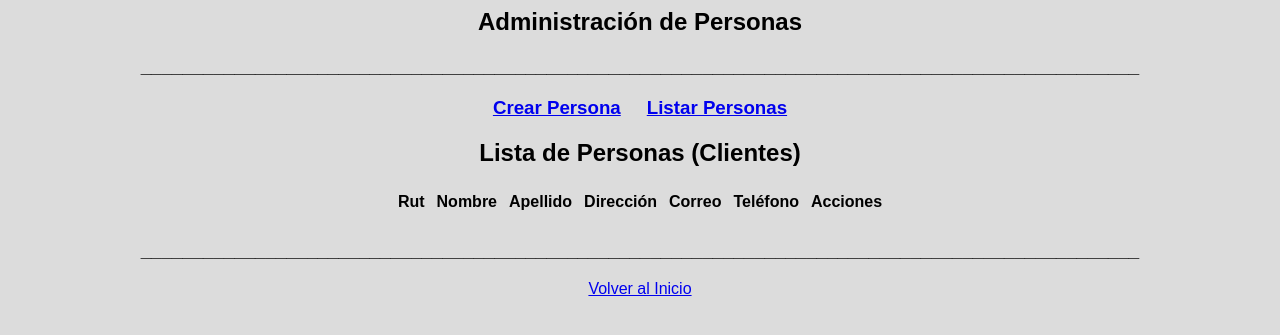
Repository: miguelalvarezcl/examen
Page: http://localhost/CtaCorriente/listPersonabd
The author's editor kept a copy of each file at every save. The page is drawn from the files as they stood at one save, then again after the next save.
The browser window is 1280 px wide. The pictures show the whole page.
The page is served by Tomcat 9. Other server files are loaded and not shown. Queries for data that is not in the repository find no rows.

Above is the page before, as saved 2021-11-13 21:56:30.

### CtaCorriente/WebContent/ListaPersonas.jsp
<%@ page language="java" contentType="text/html; charset=UTF-8"
    pageEncoding="UTF-8"%>
<%@ taglib uri="http://java.sun.com/jsp/jstl/core" prefix="c" %>
<html>
<head>
    <title>:::... Banco Platinum ...:::</title>
</head>
<body>
    <center>
        <h2>Administración de Personas</h2>
        		<h3>________________________________________________________________________________________________</h3>
        <h3>
            <a href="/CtaCorriente/newpersona">Crear Persona</a>
            &nbsp;&nbsp;&nbsp;
            <a href="/CtaCorriente/listPersonabd">Listar Personas</a>

        </h3>
    </center>
    <div align="center">
        <table border="0" cellpadding="5">
            <h2>Lista de Personas (Clientes)</h2>
            <tr>
                <th>Rut</th>
                <th>Nombre</th>
                <th>Apellido</th>
                <th>Dirección</th>
                <th>Correo</th>
                <th>Teléfono</th>
                <th>Acciones</th>

            </tr>
            <c:forEach var="personabd" items="${listPersonabd}">
                <tr>
                    <td><c:out value="${personabd.rut}" /></td>
                    <td><c:out value="${personabd.nombre}" /></td>
                    <td><c:out value="${personabd.apellido}" /></td>
                    <td><c:out value="${personabd.direccion}" /></td>
                    <td><c:out value="${personabd.correo}" /></td>
                    <td><c:out value="${personabd.telefono}" /></td>

                    <td>
                        <a href="/CtaCorriente/editpersona?rut=<c:out value='${personabd.rut}' />">Edit</a>
                        &nbsp;&nbsp;&nbsp;&nbsp;
                        <a href="/CtaCorriente/deletepersona?rut=<c:out value='${personabd.rut}' />">Delete</a>
                    </td>
                </tr>
            </c:forEach>
        </table>
    </div>
        <center>
            <h4>
            <h3>________________________________________________________________________________________________</h3>
            <a href="/CtaCorriente/home.jsp">Volver al Inicio</a>
            </h4>
        </center>
</body>
</html>

<style>
body{
	font-family: arial, helvetica;
	background: #DCDCDC;
}
</style>

### CtaCorriente/src/com/platinum/ControllerServlet.java
package com.platinum;

import java.io.IOException;
import java.sql.SQLException;
import java.util.List;

import javax.servlet.RequestDispatcher;
import javax.servlet.ServletException;
import javax.servlet.http.HttpServlet;
import javax.servlet.http.HttpServletRequest;
import javax.servlet.http.HttpServletResponse;


public class ControllerServlet extends HttpServlet {
    private static final long serialVersionUID = 1L;
    private UsuariobdDAO usuariobdDAO;
    private PersonabdDAO personabdDAO;
    private CuentabdDAO cuentabdDAO;
    private TransferenciaDAO transferenciaDAO;

    public void init() {
        String jdbcURL = getServletContext().getInitParameter("jdbcURL");
        String jdbcUsername = getServletContext().getInitParameter("jdbcUsername");
        String jdbcPassword = getServletContext().getInitParameter("jdbcPassword");

        usuariobdDAO = new UsuariobdDAO(jdbcURL, jdbcUsername, jdbcPassword);
        personabdDAO = new PersonabdDAO(jdbcURL, jdbcUsername, jdbcPassword);
        cuentabdDAO = new CuentabdDAO(jdbcURL, jdbcUsername, jdbcPassword);
        transferenciaDAO = new TransferenciaDAO(jdbcURL, jdbcUsername, jdbcPassword);

    }

    protected void doPost(HttpServletRequest request, HttpServletResponse response)
            throws ServletException, IOException {
        doGet(request, response);
    }

    protected void doGet(HttpServletRequest request, HttpServletResponse response)
            throws ServletException, IOException {
        String action = request.getServletPath();

        try {
            switch (action) {
            case "/new":
                showNewForm(request, response);
                break;
            case "/newpersona":
                showNewFormPersona(request, response);
                break;

            case "/newcuenta":
                showNewFormCuenta(request, response);
                break;

            case "/newtransferencia":
                showNewFormTransferencia(request, response);
                break;

            case "/insert":
                insertUsuariobd(request, response);
                break;

            case "/insertpersona":
                insertPersonabd(request, response);
                break;

            case "/insertcuenta":
                insertCuentabd(request, response);
                break;

            case "/inserttransferencia":
                insertTransferencia(request, response);
                break;
            case "/deletecuenta":
                deleteCuentabd(request, response);
                break;

            case "/deletepersona":
                deletePersonabd(request, response);
                break;
            case "/delete":
                deleteUsuariobd(request, response);
                break;
            case "/editpersona":
                showEditFormPersona(request, response);
                break;

            case "/editcuenta":
                showEditFormCuenta(request, response);
                break;

            case "/edit":
                showEditForm(request, response);
                break;
            case "/update":
                updateUsuariobd(request, response);
                break;
            case "/updatepersona":
                updatePersonabd(request, response);
                break;

            case "/updatecuenta":
                updateCuentabd(request, response);
                break;


            case "/listPersonabd":
            	listPersonabd(request, response);
                break;

            case "/listCuentabd":
            	//System.out.println("1");
            	listCuentabd(request, response);
                break;
            case "/listTransferencia":
            	listTransferencia(request, response);
                break;
            default:
                listUsuariobd(request, response);
                break;
            }
        } catch (SQLException ex) {
            throw new ServletException(ex);
        }
    }



    private void listTransferencia(HttpServletRequest request, HttpServletResponse response)
            throws SQLException, IOException, ServletException {


        List<Transferencia> listTransferencia = transferenciaDAO.listAllTransferencia();

        request.setAttribute("listTransferencia", listTransferencia);
        RequestDispatcher dispatcher = request.getRequestDispatcher("ListaTransferencia.jsp");
        dispatcher.forward(request, response);
    }

    private void listCuentabd(HttpServletRequest request, HttpServletResponse response)
            throws SQLException, IOException, ServletException {


        List<Cuentabd> listCuentabd = cuentabdDAO.listAllCuentabd();

        request.setAttribute("listCuentabd", listCuentabd);
        RequestDispatcher dispatcher = request.getRequestDispatcher("ListaCuentas.jsp");
        dispatcher.forward(request, response);
    }

    private void listPersonabd(HttpServletRequest request, HttpServletResponse response)
            throws SQLException, IOException, ServletException {

        List<Personabd> listPersonabd = personabdDAO.listAllPersonabd();

        request.setAttribute("listPersonabd", listPersonabd);
        RequestDispatcher dispatcher = request.getRequestDispatcher("ListaPersonas.jsp");
        dispatcher.forward(request, response);
    }

    private void listUsuariobd(HttpServletRequest request, HttpServletResponse response)
            throws SQLException, IOException, ServletException {
        List<Usuariobd> listUsuariobd = usuariobdDAO.listAllUsuariosbd();
        request.setAttribute("listUsuariobd", listUsuariobd);
        RequestDispatcher dispatcher = request.getRequestDispatcher("ListaUsuarios.jsp");
        dispatcher.forward(request, response);
    }


    private void showNewForm(HttpServletRequest request, HttpServletResponse response)
            throws ServletException, IOException {
        RequestDispatcher dispatcher = request.getRequestDispatcher("FormularioUsuario.jsp");
        dispatcher.forward(request, response);
    }

    private void showNewFormPersona(HttpServletRequest request, HttpServletResponse response)
            throws ServletException, IOException {
        RequestDispatcher dispatcher = request.getRequestDispatcher("FormularioPersona.jsp");
        dispatcher.forward(request, response);
    }

    private void showNewFormCuenta(HttpServletRequest request, HttpServletResponse response)
            throws ServletException, IOException {
        RequestDispatcher dispatcher = request.getRequestDispatcher("FormularioCuenta.jsp");
        dispatcher.forward(request, response);
    }

    private void showNewFormTransferencia(HttpServletRequest request, HttpServletResponse response)
            throws ServletException, IOException {
        RequestDispatcher dispatcher = request.getRequestDispatcher("FormularioTransferencia.jsp");
        dispatcher.forward(request, response);
    }


    private void showEditForm(HttpServletRequest request, HttpServletResponse response)
            throws SQLException, ServletException, IOException {
        int id = Integer.parseInt(request.getParameter("id"));
        Usuariobd existingUsuariobd = usuariobdDAO.getUsuariobd(id);
        RequestDispatcher dispatcher = request.getRequestDispatcher("FormularioUsuario.jsp");
        request.setAttribute("usuariobd", existingUsuariobd);
        dispatcher.forward(request, response);

    }

    private void showEditFormPersona(HttpServletRequest request, HttpServletResponse response)
            throws SQLException, ServletException, IOException {
        String rut = request.getParameter("rut");
        Personabd existingPersonabd = personabdDAO.getPersonabd(rut);
        RequestDispatcher dispatcher = request.getRequestDispatcher("FormularioPersona.jsp");
        request.setAttribute("personabd", existingPersonabd);
        dispatcher.forward(request, response);


    }

    private void showEditFormCuenta(HttpServletRequest request, HttpServletResponse response)
            throws SQLException, ServletException, IOException {
        int id = Integer.parseInt(request.getParameter("id"));
        Cuentabd existingCuentabd = cuentabdDAO.getCuentabd(id);
        RequestDispatcher dispatcher = request.getRequestDispatcher("FormularioCuenta.jsp");
        request.setAttribute("cuentabd", existingCuentabd);
        dispatcher.forward(request, response);


    }

    private void insertUsuariobd(HttpServletRequest request, HttpServletResponse response)
            throws SQLException, IOException {
        String nombreusuario = request.getParameter("nombreusuario");
        String password = request.getParameter("password");


        Usuariobd newUsuariobd = new Usuariobd(nombreusuario, password);
        usuariobdDAO.insertUsuariobd(newUsuariobd);
        response.sendRedirect("list");
    }

    private void insertPersonabd(HttpServletRequest request, HttpServletResponse response)
            throws SQLException, IOException {
    	String rut = request.getParameter("rut");
        String nombre = request.getParameter("nombre");
        String apellido = request.getParameter("apellido");
        String direccion = request.getParameter("direccion");
        String correo = request.getParameter("correo");
        String telefono = request.getParameter("telefono");

        Personabd newPersonabd = new Personabd(rut,nombre, apellido,direccion,correo,telefono);
        personabdDAO.insertPersonabd(newPersonabd);
        response.sendRedirect("listPersonabd");
    }

    private void insertTransferencia(HttpServletRequest request, HttpServletResponse response)
            throws SQLException, IOException {
        String rutpersona = request.getParameter("rutpersona");
        int idusuario = Integer.parseInt(request.getParameter("idusuario"));
        int idcuenta = Integer.parseInt(request.getParameter("idcuenta"));
        int montotransferencia = Integer.parseInt(request.getParameter("montotransferencia"));
        int cuentatransferencia = Integer.parseInt(request.getParameter("cuentatransferencia"));
        String tipocuenta = request.getParameter("tipocuenta");

        Transferencia newTransferencia = new Transferencia(rutpersona, idusuario,idcuenta,montotransferencia,cuentatransferencia,tipocuenta);
        transferenciaDAO.insertTransferencia(newTransferencia);
        response.sendRedirect("listTransferencia");
    }

    private void insertCuentabd(HttpServletRequest request, HttpServletResponse response)
            throws SQLException, IOException {
        String rutcliente = request.getParameter("rutcliente");
        String monto = request.getParameter("monto");
        String ejecutivo = request.getParameter("ejecutivo");

        Cuentabd newCuentabd = new Cuentabd(rutcliente, monto,ejecutivo);
        cuentabdDAO.insertCuentabd(newCuentabd);
        response.sendRedirect("listCuentabd");
    }


    private void updatePersonabd(HttpServletRequest request, HttpServletResponse response)
            throws SQLException, IOException {
        String rut = request.getParameter("rut");
        String nombre = request.getParameter("nombre");
        String apellido = request.getParameter("apellido");
        String direccion = request.getParameter("direccion");
        String correo = request.getParameter("correo");
        String telefono = request.getParameter("telefono");


        Personabd personabd = new Personabd(rut, nombre, apellido,direccion,correo,telefono);
        personabdDAO.updatePersonabd(personabd);
        response.sendRedirect("listPersonabd");
    }


    private void updateCuentabd(HttpServletRequest request, HttpServletResponse response)
            throws SQLException, IOException {
    	System.out.println("paso");

        String rutcliente = request.getParameter("rutcliente");
        String monto = request.getParameter("monto");
        String ejecutivo = request.getParameter("ejecutivo");
        int id = Integer.parseInt(request.getParameter("id"));
        Cuentabd cuentabd = new Cuentabd(id, rutcliente, monto , ejecutivo);
        System.out.println("paso2");
        cuentabdDAO.updateCuentabd(cuentabd);
        response.sendRedirect("listCuentabd");
    }


    private void updateUsuariobd(HttpServletRequest request, HttpServletResponse response)
            throws SQLException, IOException {
        int id = Integer.parseInt(request.getParameter("id"));
        String nombreusuario = request.getParameter("nombreusuario");
        String password = request.getParameter("password");


        Usuariobd usuariobd = new Usuariobd(id, nombreusuario, password);
        usuariobdDAO.updateUsuariobd(usuariobd);
        response.sendRedirect("list");
    }

    private void deleteUsuariobd(HttpServletRequest request, HttpServletResponse response)
            throws SQLException, IOException {
        int id = Integer.parseInt(request.getParameter("id"));

        Usuariobd usuariobd = new Usuariobd(id);
        usuariobdDAO.deleteUsuariobd(usuariobd);
        response.sendRedirect("list");

    }

    private void deletePersonabd(HttpServletRequest request, HttpServletResponse response)
            throws SQLException, IOException {
        String rut = request.getParameter("rut");

        Personabd personabd = new Personabd(rut);
        personabdDAO.deletePersonabd(personabd);
        response.sendRedirect("listPersonabd");
    }


    private void deleteCuentabd(HttpServletRequest request, HttpServletResponse response)
            throws SQLException, IOException {
        int id = Integer.parseInt(request.getParameter("id"));

        Cuentabd cuentabd = new Cuentabd(id);
        cuentabdDAO.deleteCuentabd(cuentabd);
        response.sendRedirect("listCuentabd");
    }



}

After the next save:
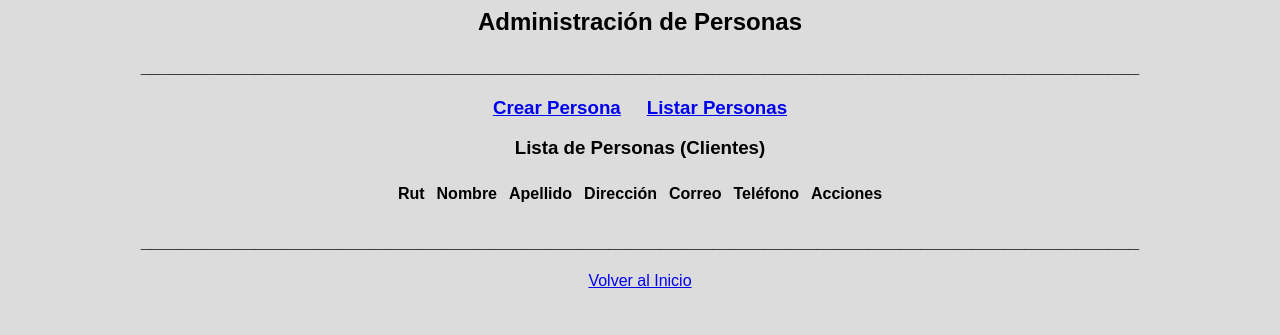
Saved 13 s later.
--- a/CtaCorriente/WebContent/ListaPersonas.jsp
+++ b/CtaCorriente/WebContent/ListaPersonas.jsp
@@ -18,7 +18,7 @@
     </center>
     <div align="center">
         <table border="0" cellpadding="5">
-            <h2>Lista de Personas (Clientes)</h2>
+            <h3>Lista de Personas (Clientes)</h3>
             <tr>
                 <th>Rut</th>
                 <th>Nombre</th>
